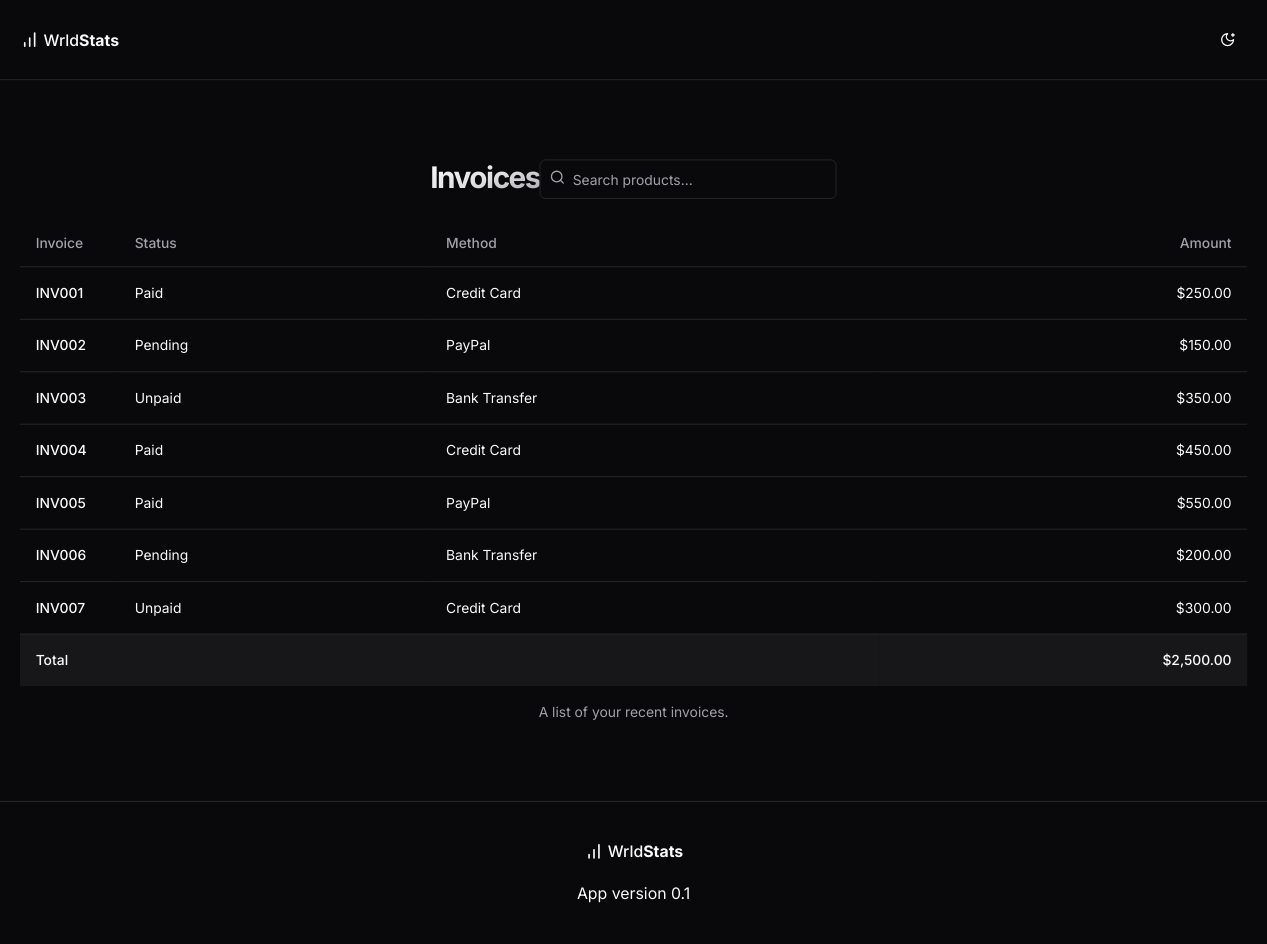
Repository: tushcmd/wrld-stats
Page: /
An editor plug-in stored every save of this project. The page is shown before and after the next save, followed by the edit.
The browser window is 1280 px wide. The pictures show the whole page, at 99% of full size.
The project was rebuilt for these pictures with package versions that can differ from the ones it lists, and the page was loaded fresh each time. The framework's server and built-in components were replaced by stand-ins that run in the browser. Also part of the build but not shown: next.config.mjs.

Above is the page before, as saved 2024-04-21 17:12:35.

After the next save:
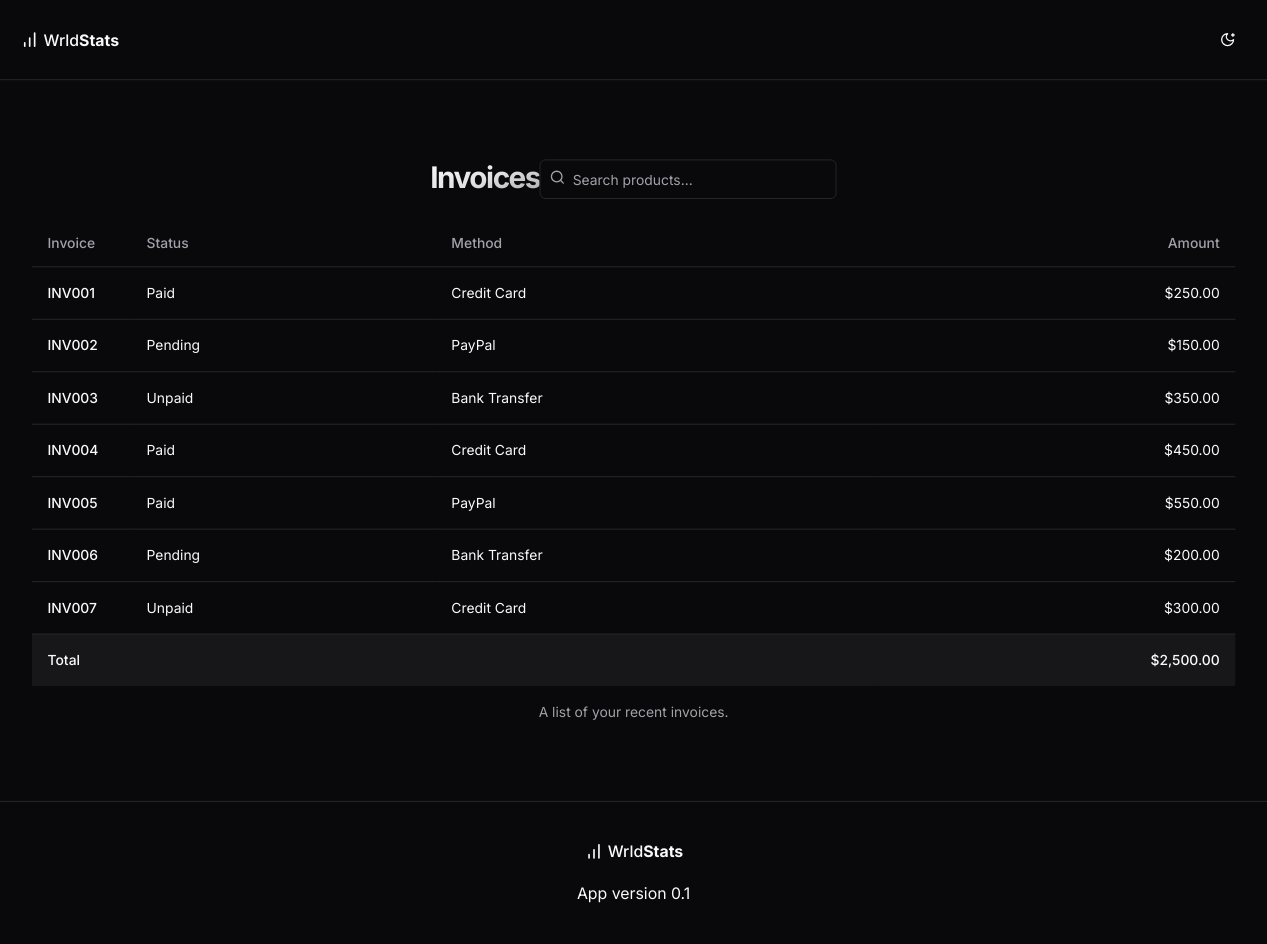
Saved 18 s later.
--- a/app/globals.css
+++ b/app/globals.css
@@ -98,6 +98,6 @@
 	}
 
 	.page-container {
-		@apply layout-container py-20 flex flex-col gap-16 max-w-7xl;
+		@apply container py-20 flex flex-col gap-16 max-w-7xl;
 	}
 }
